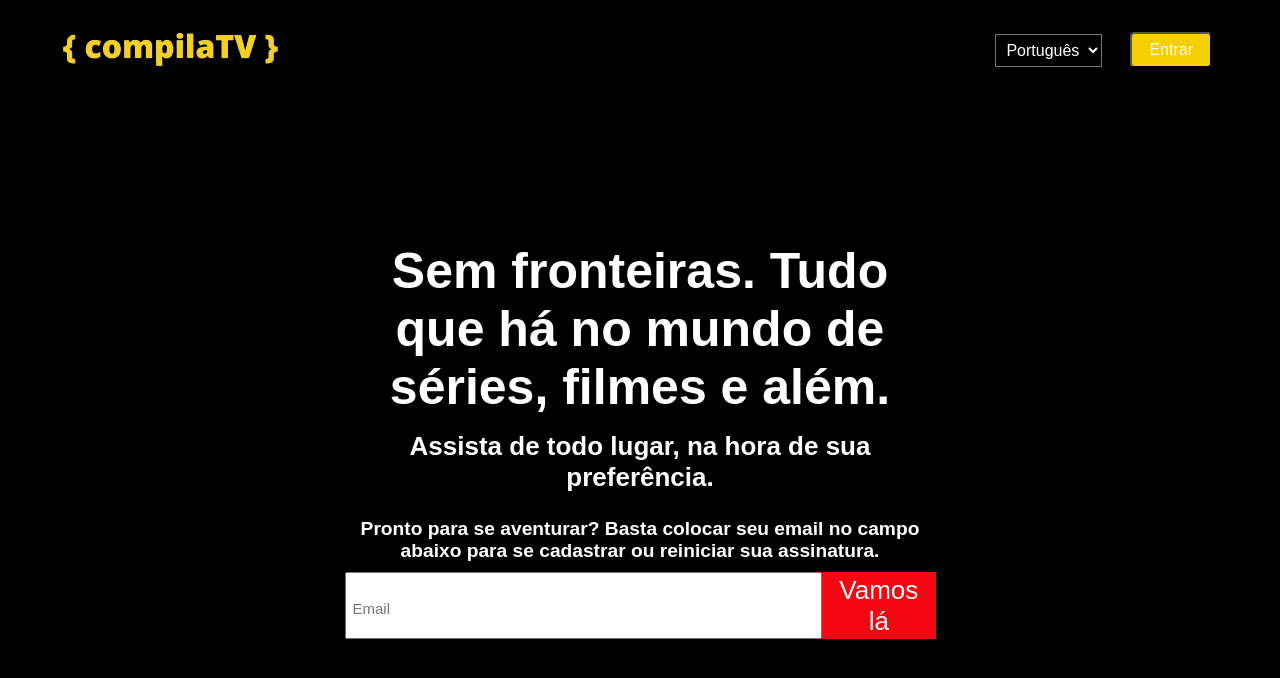
Repository: Wo1verine45/tcclets
Page: /
An editor plug-in stored every save of this project. The page is shown before and after the next save, followed by the edit.
The browser window is 1280 px wide. The pictures show the whole page.
The project was rebuilt for these pictures with package versions that can differ from the ones it lists, and the page was loaded fresh each time. Also part of the build but not shown: src/pages/Main/homescreen.css, src/components/Input/index.js, src/pages/Login/Login.js.

Above is the page before, as saved 2021-10-22 18:28:24.

### public/index.html
<!DOCTYPE html>
<html lang="en">

<head>
  <meta charset="utf-8" />
  <link rel="icon" href="%PUBLIC_URL%/favicon.ico" />
  <meta name="viewport" content="width=device-width, initial-scale=1" />
  <meta name="theme-color" content="#000000" />
  <meta name="description" content="Web site created using create-react-app" />
  <link rel="stylesheet" href="https://cdnjs.cloudflare.com/ajax/libs/font-awesome/6.0.0-beta2/css/all.min.css">
  <link rel="text/css" href="https://codex.nflxext.com/%5E3.0.0/truthBundle/webui/1.22.5-shakti-css-vfb243f62/css/css/less%7Ccore%7Cerror-page.less/1/btzvF4DuBgayCE/none/true/none">
  <title>LETSFLIX</title>
</head>

<body>
  <noscript>You need to enable JavaScript to run this app.</noscript>
  <div id="root"></div>
</body>

</html>

### src/App.js
import React, { useState } from 'react';
import './App.css'
import { TranslateContext } from './contexts';
import { translateHelper } from './helpers/translate';
import { BrowserRouter as Router } from 'react-router-dom'
import Routes from './routes/routes';

function App () {

  const [language, setLanguage] = useState('portuguese')

  function translate(textId) {
    return translateHelper(textId, language)
  }

  return (
    <div className="page">
      <Router>
        <TranslateContext.Provider value={{language, setLanguage, translate}}>
          <Routes />
        </TranslateContext.Provider>
      </Router>
    </div>
  )
}


/*
commit1: adicionei o Title component, que recebe children e diferentes tamanhos como props, para múltiplos usos ao longo do projeto, primeiro
componente da pasta homeScreen que já padronizei o seu css. Também adicionei o App.css para mudar o background-color do site. (Pedro)
-----
commit2: adicionei o Button component, que recebe children e dois diferentes tamanhos, segundo componente da pasta homeScreen que já padronizei o
seu css. (Pedro)
-----
commit3: adicionei o DropdownMenu component, que recebe id que vai ser usado como id e name, recebe o initialValue que é o valor padrão, recebe
options que é uma lista com objetos dentro, cada objeto tem label e value que são o children e o valor respectivamente, por último recebe o
setLanguage, a função pra mudar o estado. Para adicionar mais línguas é só adicionar mais objetos na lista options. Junto com esse component que
usei para o cliente selecionar a língua, tem a função translate que serve para traduzir cada parte do site, que tem que adicionar a tradução para
cada coisa nova colocada no site
*/

{/*
  const [movieList, setMovieList] = useState([]);

  useEffect (() => {
    const LoadList = async () => {
      //Pegando toda a lista
      let list = await InfoBase.getHomeList();
      setMovieList(list);
    }

    LoadList();
  }, [])
  */}

{//<section className="lists">
        //{/*O Map ira iterar sobre a lista, criando um loop e fazendo sempre que houver informações*/}
        //{movieList.map((item, key) => (

          /* O Componente Movie ira receber duas props, o title, e o items, que e a requisição com o await*/
          //<Movies key={key} title={item.title} items={item.items}/>
        //))}
      //</section>
      //<Header />
      //<footer>
        //Aqui vai as informações referente ao projeto
      //</footer>
    //</div>
  //);
}
{/*<DropdownMenu id='language' initialValue={language} options={[
        {
          label: 'Português',
          value: 'portuguese'
        },
        {
          label: 'English',
          value: 'english'
        }
      ]} setLanguage={setLanguage}/>
      <Title size={1}>{translate('welcome_message')}</Title>
    </div>
    )*/}
{/*
    <Input size={1} type='email' id='email' placeholder='Email'/>
    <Input size={2} type='text' id='name' placeholder='Name'/>
    <Input size={3} type='password' id='password' placeholder='Password'/>
    <Button onClick={null} size={1}>Vamos lá</Button>
    */}

export default App;

### src/App.css
@import url('https://fonts.googleapis.com/css2?family=Roboto:wght@400;700&display=swap');
* {
    box-sizing: border-box;
}

body {
    background: #000;
    color: #fff;
    font-family:'Roboto', sans-serif;
}

.HomeScreenHeader{
    display: flex;
    width: 100%;
}

.Head{
    display: flex;
    flex-direction: row-reverse;
    width: 100%;
    align-items: center;
    margin-right: 60px;
    margin-top: 20px;
    margin-bottom: 20px;
}

.Logo{
    margin-top: 20px;
    margin-bottom: 20px;
}

.HomeScreenMain{
    display: flex;
    flex-direction: column;
    align-items: center;
    text-align: center;
    margin-right: 350px;
    margin-left: 350px;
    margin-top: 150px;
}

.Login-box{
    margin-top: 40px;
    margin-left: 525px;
    margin-right: 546px;
    padding: 0px;
    background-color: #141414;
}

.show_button{
    /*cima, direita, baixo, esquerda*/
    margin: 0px 0px 25px 66px;
    cursor: pointer;
}

.first_time{
    margin-left: 66px;
    padding-bottom: 100px;
}

mark{
    background-color: #141414;
    color: blue;
}

### src/contexts/index.js
import { createContext } from "react";

export const TranslateContext = createContext()

### src/helpers/translate.js
export function translateHelper(textId, language) {
  if (language === 'english') {
    if (textId === 'welcome_message') {
      return 'Welcome'
    } else if (textId === 'sign_in') {
      return 'Sign In'
    } else if (textId === 'main_title') {
      return 'Borderless. Everything in the world of series, movies and beyond.'
    } else if (textId === 'subtitle') {
      return 'Watch it from anywhere, at the time of your choice.'
    } else if (textId === 'signin_label') {
      return 'Ready to venture out? Just enter your email in the field below to register or reset your subscription.'
    } else if (textId === 'signup-bottom') {
      return 'Get Started'
    } else if (textId === 'login-input') {
      return 'Email or phone number'
    } else if (textId === 'password') {
      return 'Password'
    } else if (textId === 'show') {
      return 'Show'
    } else if (textId === 'hide') {
      return 'Hide'
    } else if (textId === 'first_time') {
      return 'First time here?'
    } else if (textId === 'sigmudn_freud') {
      return 'Register now'
    }
  } else if (language === 'portuguese') {
    if (textId === 'welcome_message') {
      return 'Bem-Vindo'
    } else if (textId === 'sign_in') {
      return 'Entrar'
    } else if (textId === 'main_title') {
      return 'Sem fronteiras. Tudo que há no mundo de séries, filmes e além.'
    } else if (textId === 'subtitle') {
      return 'Assista de todo lugar, na hora de sua preferência.'
    } else if (textId === 'signin_label') {
      return 'Pronto para se aventurar? Basta colocar seu email no campo abaixo para se cadastrar ou reiniciar sua assinatura.'
    } else if (textId === 'signup-bottom') {
      return 'Vamos lá'
    } else if (textId === 'login-input') {
      return 'Email ou número de telefone'
    } else if (textId === 'password') {
      return 'Senha'
    } else if (textId === 'show') {
      return 'Mostrar'
    } else if (textId === 'hide') {
      return 'Ocultar'
    } else if (textId === 'first_time') {
      return 'Primeira vez aqui?'
    } else if (textId === 'sigmudn_freud') {
      return 'Cadastra-se agora'
    }
  }
}

### src/routes/routes.js
import { Route, Switch } from 'react-router-dom'
import HomeScreen from '../pages/Main/homeScreen'
import Login from '../pages/Login/Login'


function Routes () {
    return (
        <Switch>
            <Route path='/'>
            <HomeScreen />
            </Route>
            <Route path='/Login' exact>
                <Login />
            </Route>
        </Switch>
    )
}

export default Routes;

### src/pages/Main/homeScreen.js
import { useContext } from "react"
import { Button } from "../../components/Button"
import { DropdownMenu } from "../../components/DropdownMenu"
import { Title } from '../../components/Title'
import { TranslateContext } from "../../contexts"
import { Registration } from "../../components/Registration/Registration"
import logo from '../../assets/logo.png'
import { Link } from 'react-router-dom'
import './homescreen.css';


function HomeScreen() {

  const { language, setLanguage, translate } = useContext(TranslateContext)

    return (
      <div className='HomeScreen'>
        <header className='HomeScreenHeader'>
          <div className='Logo'>
            <img src={logo} alt='logo'/>
          </div>
          <div className='Head'>
            <Link to='/login'>
              <Button onClick={null} size={2}>{translate('sign_in')}</Button>
            </Link>
            <DropdownMenu id='language'
            initialValue={language}
            options={
              [
            {
              label: 'Português',
              value: 'portuguese'
            },
            {
              label: 'English',
              value: 'english'
            }
              ]
            }
            onSelect={setLanguage}/>
          </div>
        </header>
        <main className='HomeScreenMain'>
          <Title size={1}>{translate('main_title')}</Title>
          <Title size={2}>{translate('subtitle')}</Title>
          <Title size={3}>{translate('signin_label')}</Title>
          <Registration />
        </main>
      </div>
  )
}

export default HomeScreen;

### src/components/DropdownMenu/index.js
export { DropdownMenu } from './DropdownMenu'

### src/components/Title/index.js
export { Title } from './Title'

### src/components/Registration/Registration.js
import { Input } from "../Input/Input";
import { Button } from "../Button/Button";
import './Registration.css'
import { useContext } from "react";
import { TranslateContext } from "../../contexts";

export function Registration() {

    const { translate } = useContext(TranslateContext)

    function handleOnSubmit(evt) {
        evt.preventDefault()

        console.log('Formulário enviado com sucesso!')
        console.log('Email:', evt.target.value)
    }

    return (
        <form className='Registration-form' onSubmit={handleOnSubmit}>
            <Input size={1} type='email' id='email' placeholder='Email'/>
            <Button onClick={null} size={1} type='submit'>{translate('signup-bottom')}</Button>
        </form>
    )
}

### src/components/Button/Button.js
import './Button.css'

export function Button ({ children, onClick, size, type }) {
    if (size === 1) {
        return (
            <button className='Button-button-1' onClick={onClick} type={type}>{children}</button>
        )
    } else if (size === 2) {
        return (
            <button className='Button-button-2' onClick={onClick} type={type}>{children}</button>
        )
    } else {
        return (
            <button className='Button-button-3' onClick={onClick} type={type}>{children}</button>
        )
    }
}

### src/components/DropdownMenu/DropdownMenu.js
import './DropdownMenu.css'

export function DropdownMenu({ id, initialValue, options, onSelect }) {

    function handleOnSelect(evt) {
        onSelect(evt.target.value)
    }

    return(
        <form className='DropdownMenu-form'>
            <select className='DropdownMenu-dropdownmenu' id={id} name={id} value={initialValue} onChange={handleOnSelect}>
                {options.map(
                    (option) => <option value={option.value}>{option.label}</option>
                )}
            </select>
        </form>
    )
}

### src/components/Title/Title.js
import './Title.css'

export function Title ({ size, children }) {
 if (size === 1) {
   return (
     <h1 className='Title-title-1'>{children}</h1>
   )
 } else if (size === 2) {
    return (
      <h2 className='Title-title-2'>{children}</h2>
    )
  } else if (size === 3) {
      return (
        <h3 className='Title-title-3'>{children}</h3>
      )
    } else {
        return (
          <h4 className='Title-title-4'>{children}</h4>
        )
      }
}

### src/components/Input/Input.js
import { useState } from "react"
import './Input.css'

export function Input({ size, type, id, placeholder }) {

    const [value, setValue] = useState('')

    function handleOnChange(evt) {
        setValue(evt.target.value)
    }

   if (size === 1) {
       return (
           <input className='Input-input-1' type={type} id={id} name={id} placeholder={placeholder} value={value} onChange={handleOnChange}/>
       )
   } else if (size === 2) {
        return (
            <input className='Input-input-2' type={type} id={id} name={id} placeholder={placeholder} value={value} onChange={handleOnChange}/>
        )
   } else {
        return (
            <input className='Input-input-3' type={type} id={id} name={id} placeholder={placeholder} value={value} onChange={handleOnChange}/>
        )
   }
}

### src/components/Registration/Registration.css
.Registration-form{
    display: flex;
}

### src/components/Button/Button.css
.Button-button-1 {
    font-size: 1.625rem;
    font-weight: 400;
    background-color: #f40612;
    box-shadow: 0 1px 0 rgba(0,0,0,.45);
    color: white;
    min-height: 60px;
    border: none;
    cursor: pointer;
    font-family: Arial, Helvetica, sans-serif;
}

.Button-button-2 {
    font-size: 16px;
    padding: 7px 17px;
    border-radius: 4px;
    background-color: rgb(246, 207, 2);
    color: white;
    cursor: pointer;
    font-family: Arial, Helvetica, sans-serif;
}

.Button-button-1:hover {
    background-color: rgb(246, 207, 102);
}

.Button-button-3 {
    font-size: 16px;
    width: 310px;
    padding: 16px;
    margin-left: 66px;
    border-radius: 4px;
    background-color: rgb(246, 207, 2);
    color: white;
    cursor: pointer;
    font-family: Arial, Helvetica, sans-serif;
}

### src/components/DropdownMenu/DropdownMenu.css
.DropdownMenu-form{
    margin-right: 28px;
}

.DropdownMenu-dropdownmenu{
    background-color: black;
    color: white;
    font-size: 16px;
    padding: 6px;
}

### src/components/Title/Title.css
.Title-title-1{
    padding: 0;
    margin: 0;
    font-family: Arial, Helvetica, sans-serif;
    font-size: 50px;
    color: white;
    margin-bottom: 15px;
}

.Title-title-2{
    padding: 0;
    margin: 0;
    font-family: Arial, Helvetica, sans-serif;
    font-size: 26px;
    color: white;
    margin-bottom: 25px;
}

.Title-title-3{
    padding: 0;
    margin: 0;
    font-family: Arial, Helvetica, sans-serif;
    font-size: 19.2px;
    color: white;
    margin-bottom: 10px;
}

.Title-title-4{
    margin: 0;
    font-family: Arial, Helvetica, sans-serif;
    color: white;
    font-size: 32px;
    /*cima, direita, baixo, esquerda*/
    padding: 66px 66px 28px 66px;
}

### src/components/Input/Input.css
.Input-input-1{
    /*cima, direita, baixo, esquerda*/
    padding: 26px 10px 20px 6px;
    width: 500px;
    font-size: 15px;
}

.Input-input-2{
    /*cima, direita, baixo, esquerda*/
    padding: 12px 10px;
    margin-left: 66px;
    margin-bottom: 15px;
    width: 310px;
    font-size: 15px;
    border-radius: 4px;
    background-color: #141414;
}

Loaded but not shown: src/index.js (common file); src/components/Button/index.js (common file); src/pages/Main/homescreen.css (no copy from this time; the picture is the same without it)

After the next save:
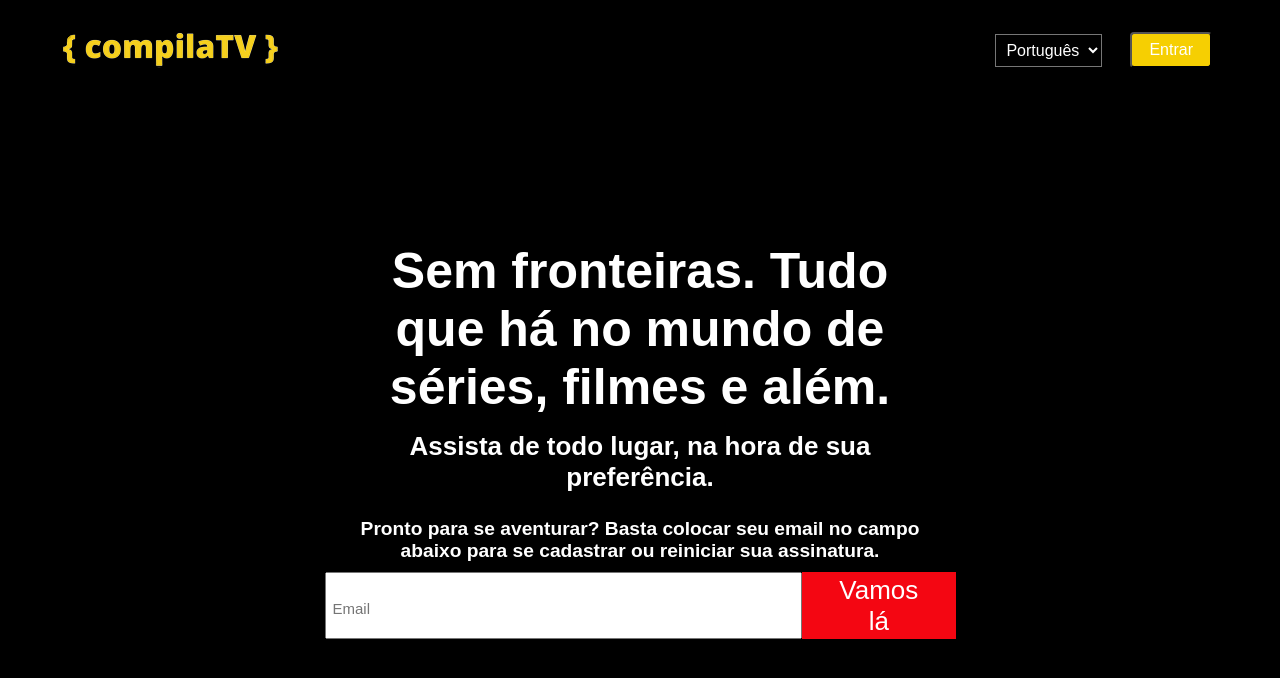
Saved 60 s later.
--- a/src/components/Button/Button.css
+++ b/src/components/Button/Button.css
@@ -1,6 +1,7 @@
 .Button-button-1 {
     font-size: 1.625rem;
     font-weight: 400;
+    padding: 0 1em;
     background-color: #f40612;
     box-shadow: 0 1px 0 rgba(0,0,0,.45);
     color: white;
